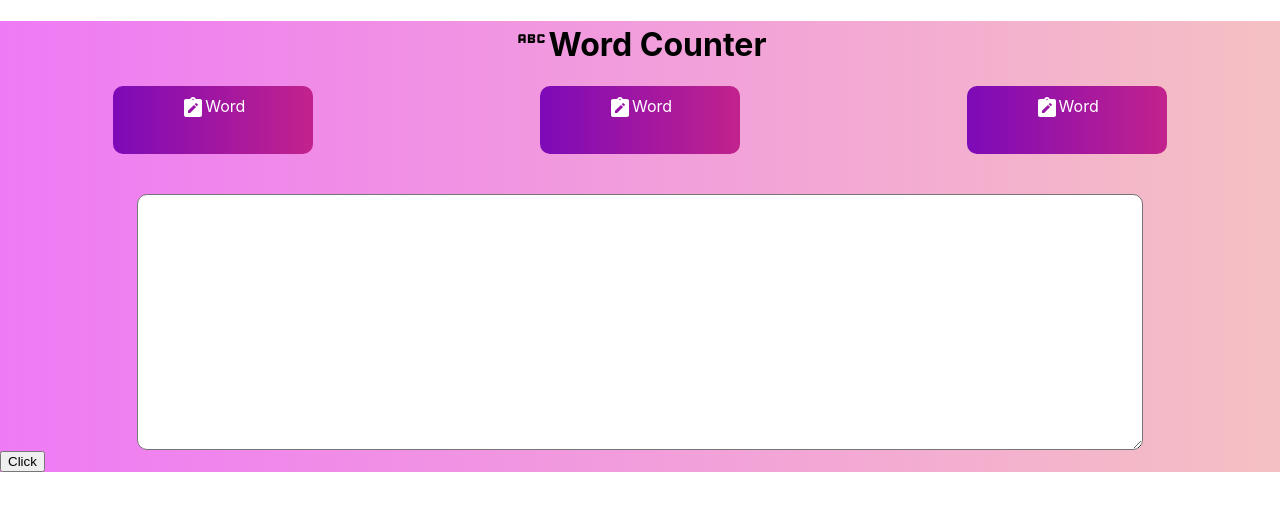
Repository: 123cuongcao/nopbai-basic
Page: /
The author's editor kept a copy of each file at every save. The page is drawn from the files as they stood at one save, then again after a run of saves.
The browser window is 1280 px wide. The pictures show the whole page.
The project was rebuilt for these pictures with package versions that can differ from the ones it lists, and the page was loaded fresh each time.

Above is the page before, as saved 2023-08-15 11:43:30.

### src/App.js
import logo from './logo.svg';
// import './App.css';
import Index from './components';

function App() {
  return (
    <>
      <Index/>
    </>
  );
}

export default App;

### src/components/index.jsx
import React from "react";
import Box from "./views/box";
import AbcIcon from '@mui/icons-material/Abc';
import Textarea from "./views/textarea";

export default function Index() {
  return (
    <div
      style={{
        background: "linear-gradient(to right,#e002ec86,#f3b6b9db",

      }}
    >
        <h1 style={{textAlign:'center'}}> <span ><AbcIcon fontSize="large"/></span>Word Counter</h1>

      <div style={{display: "flex",justifyContent:'space-around'}} >
        <Box />
        <Box />
        <Box />
      </div>

      <div style={{display:'flex',justifyContent:'center',marginTop:'40px'}}>
            <Textarea/>
      </div>

      <div>
            <button>Click</button>
      </div>
    </div>
  );
}

### src/components/views/box.jsx
import React from 'react'
import NoteAltIcon from '@mui/icons-material/NoteAlt';

export default function Box() {
  return (
    <div style={{background:'linear-gradient(to right,#7D0AB8,#C2228C',width:'200px',display:'flex',justifyContent:'center',color:'#ffff',borderRadius:'10px'}}>
      <div style={{display:'flex',padding:"10px 30px 30px 30px"}}>
      <span><NoteAltIcon/></span>
      <span>Word</span>
      </div>


    </div>
  )
}

### src/components/views/textarea.jsx
import React from 'react'

export default function Textarea() {
  return (
    <>
        <textarea style={{width:'1000px',height:'250px',borderRadius:'10px',}}></textarea>
    </>
  )
}

Loaded but not shown: public/index.html (common file); src/index.js (common file); src/index.css (common file); src/reportWebVitals.js (common file)

After the next 2 saves:
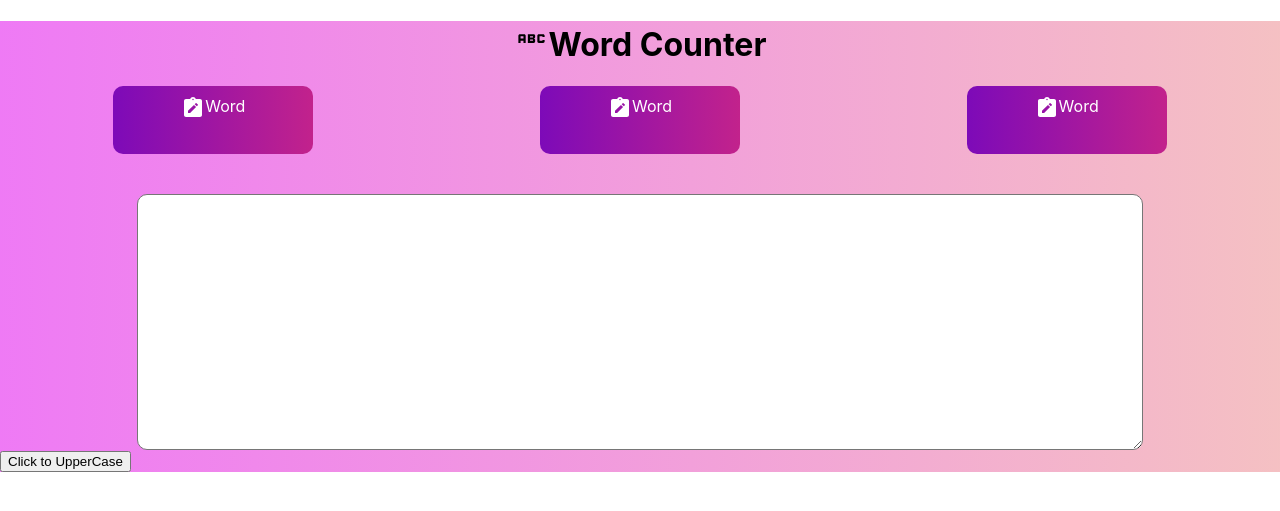
The 2 saves are shown as one change because they came seconds apart.
The last was saved 7 s later.
--- a/src/components/index.jsx
+++ b/src/components/index.jsx
@@ -24,7 +24,7 @@ export default function Index() {
       </div>
 
       <div>
-            <button>Click</button>
+            <button>Click to UpperCase</button>
       </div>
     </div>
   );
